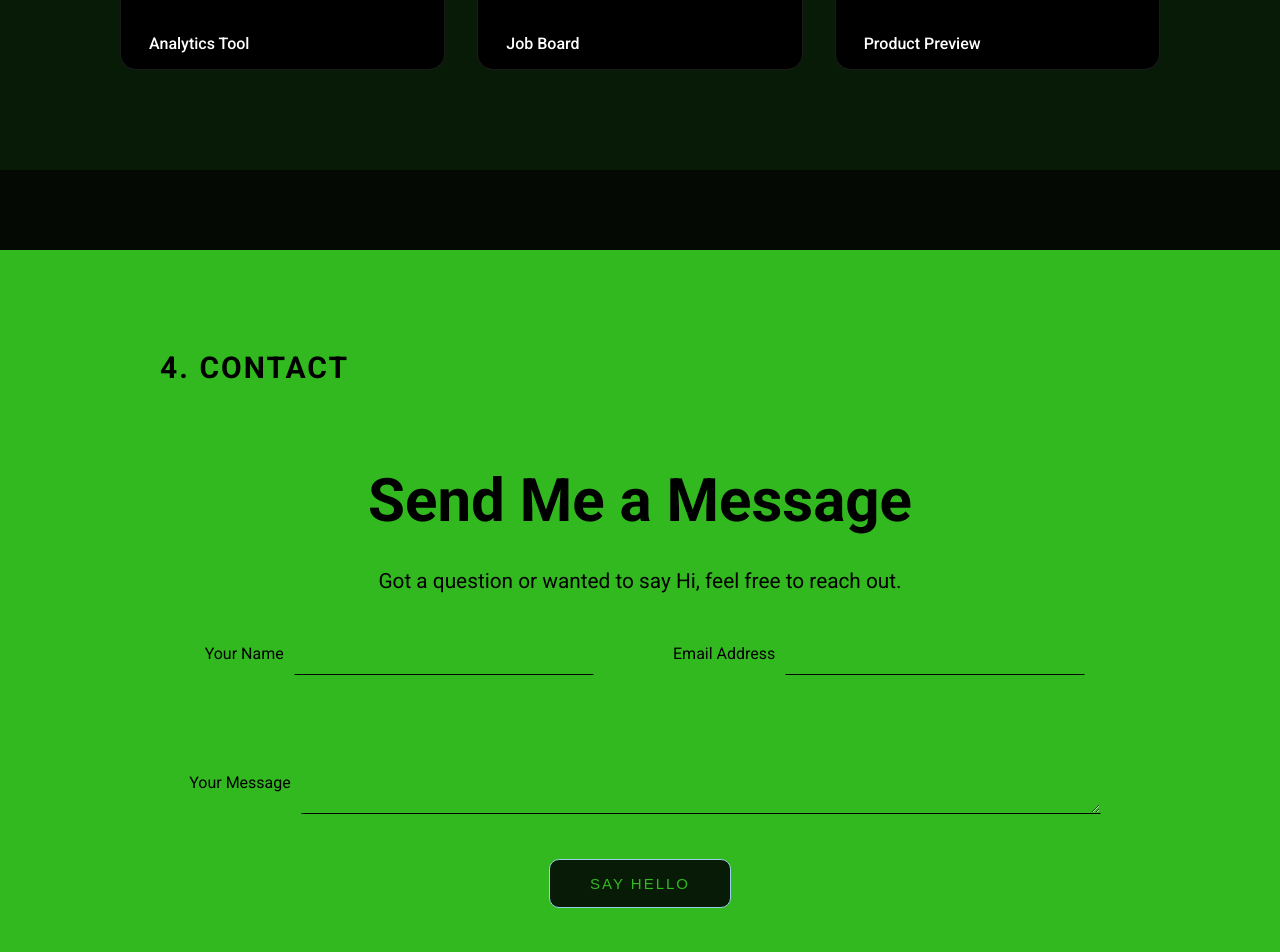
Repository: Bojurie/Portfolio_2022
Page: /
These files come from the project's save history. The page is drawn as it stood at one moment and after the next save; the edit follows.
The browser window is 1280 px wide. The pictures show the part of the page from y = 2153 to 3105 px (the page is 3425 px tall before and 2921 px after).
Pictures or frames that could not be fetched are drawn as grey boxes. The project was rebuilt for these pictures with package versions that can differ from the ones it lists, and the page was loaded fresh each time. Also part of the build but not shown: src/component/pages/Resume.css, src/component/pages/Resume.js. Imported but missing from the stored project, and not drawn on this page: src/component/Resume.pdf, src/component/images/video.mp4, src/component/videos/Screen Recording 2022-04-01 at 8.22.57 PM.mov, src/component/videos/Screen Recording 2022-04-01 at 8.23.25 PM.mov, src/component/videos/Screen Recording 2022-04-01 at 8.25.20 PM.mov, src/component/videos/Screen Recording 2022-04-01 at 8.27.28 PM.mov, src/component/videos/Screen Recording 2022-04-01 at 8.28.35 PM.mov, src/component/videos/Screen Recording 2022-04-01 at 8.30.37 PM.mov and 3 more.

Above is the page before, as saved 2025-04-21 02:07:39.

After the next save:
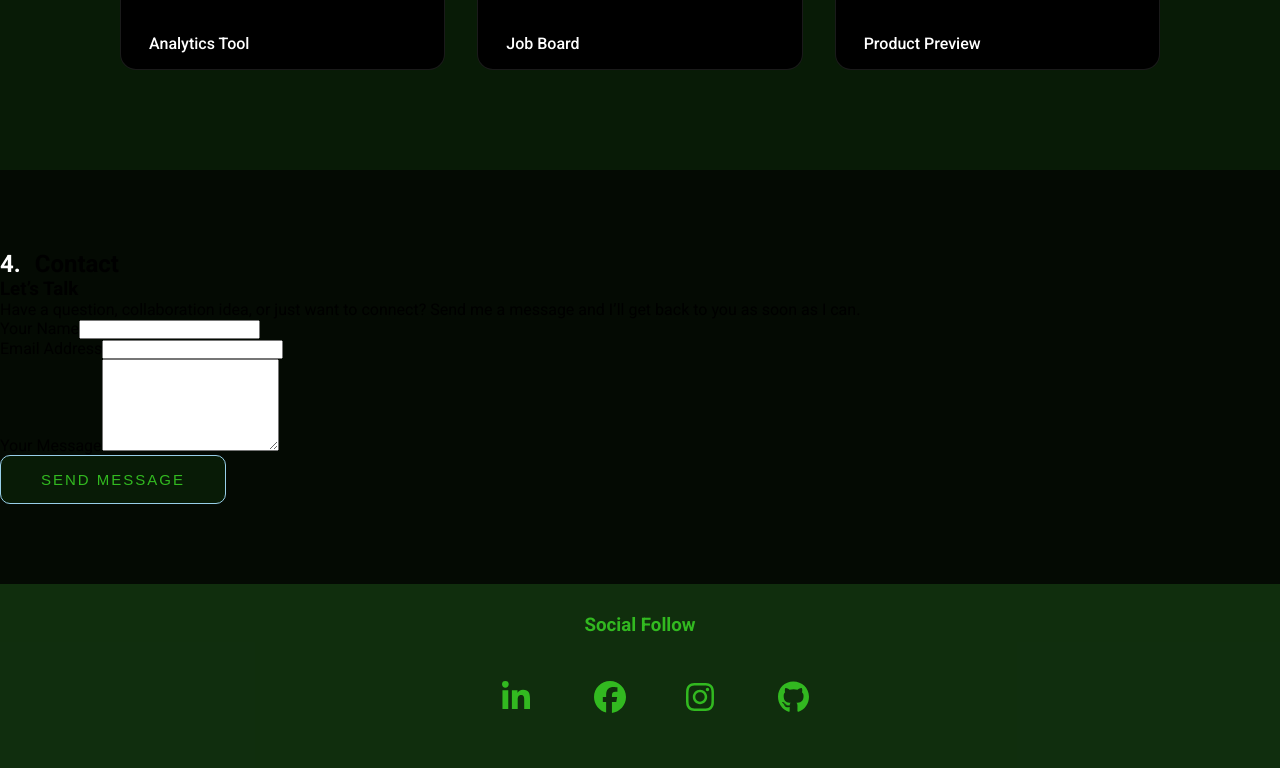
Saved 2 min 5 s later.
--- a/src/component/pages/Contact.js
+++ b/src/component/pages/Contact.js
@@ -1,81 +1,84 @@
-import React, {useState, useRef} from 'react';
-import emailjs from '@emailjs/browser';
-import Button from '../Button';
-import './Contact.css';
-
+import React, { useState, useRef } from "react";
+import emailjs from "@emailjs/browser";
+import Button from "../Button";
+import "./Contact.css";
 
 const Contact = () => {
-const form = useRef();
+  const form = useRef();
+  const [submitted, setSubmitted] = useState(false);
 
-const sendEmail = (e) =>{
-  e.preventDefault();
+  const sendEmail = (e) => {
+    e.preventDefault();
 
-    emailjs.sendForm('service_sgy2c6a', 'template_hlu2f0r', e.target, 'user_ekwueKu8ixfoPD5a4qf2n')
-      .then((result) => {
+    emailjs
+      .sendForm(
+        "service_sgy2c6a",
+        "template_hlu2f0r",
+        form.current,
+        "user_ekwueKu8ixfoPD5a4qf2n"
+      )
+      .then(
+        (result) => {
           console.log(result.text);
-      }, (error) => {
+          setSubmitted(true);
+        },
+        (error) => {
           console.log(error.text);
-      });
+        }
+      );
 
-    setSubmitted(true)
     e.target.reset();
-}
-
-
-  const [submitted, setSubmitted ] = useState(false);
+  };
 
   return (
-    <section className='contact'>
-      <div className='container'>
-        <div className='contact-header'>
-            <h1><span className='span'>4.</span> Contact</h1>
+    <section className="contact-section" id="contact">
+      <div className="contact-container">
+        <h2 className="contact-title">
+          <span className="highlighted">4.</span> Contact
+        </h2>
+
+        <div className="contact-wrapper">
+          <div className="contact-info">
+            <h3>Let’s Talk</h3>
+            <p>
+              Have a question, collaboration idea, or just want to connect? Send
+              me a message and I’ll get back to you as soon as I can.
+            </p>
+          </div>
+
+          <form ref={form} onSubmit={sendEmail} className="contact-form">
+            {submitted && (
+              <p className="success-message">
+                ✅ Message sent! Thanks for reaching out.
+              </p>
+            )}
+
+            <div className="form-group">
+              <label htmlFor="name">Your Name</label>
+              <input type="text" name="name" id="name" required />
+            </div>
+
+            <div className="form-group">
+              <label htmlFor="email">Email Address</label>
+              <input type="email" name="email" id="email" required />
+            </div>
+
+            <div className="form-group">
+              <label htmlFor="message">Your Message</label>
+              <textarea
+                name="message"
+                id="message"
+                rows="6"
+                required
+              ></textarea>
+            </div>
+
+            <Button type="submit">Send Message</Button>
+          </form>
         </div>
-        <div>
-          <div className='message-wrapper'>
-              <div className='message-heading'>
-                <h2>Send Me a Message</h2>
-                <p>
-                  Got a question or wanted to say Hi, feel free to reach out.</p>
-              </div>
-              <form useRef={form} className='form' onSubmit={sendEmail}>
-                {submitted  ?  <div className='success-message'>Success! Thank you for contacting us.</div> : null}
-                <div className='form-info'>
-
-                  <div className='form-info-top'>
-                    <div className='name'>
-                      <label>Your Name</label>
-                      <input type='text' name='name' />
-
-                    </div>
-
-                    <div className='email'>
-                      <label>Email Address</label>
-                      <input type='email' name='email' />
-
-                    </div>
-                  </div>
-
-                  <div className='message' >
-                      <label>Your Message</label>
-                      <textarea type='text' name='message'/>
-                  </div>
-
-                </div>
-
-
-                <Button type='submit' value='send' className='form-field-button'>
-                Say Hello
-               </Button>
-                {/* <input className='form-field-button' type="submit" value="Send Message"  title/> */}
-              </form>
-
-
-          </div>
-        </div>
-
       </div>
     </section>
-  )
-}
+  );
+};
 
-export default Contact
+export default Contact;
